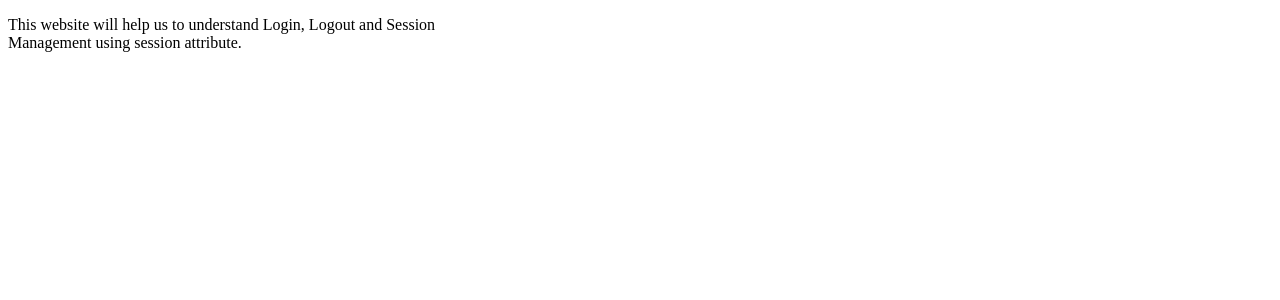
Repository: aman-1998/Full_Stack_Java_Development
Page: http://localhost/Fixing_forward_redirect_links_N21/about.jsp
These files come from the project's save history. The page is drawn as it stood at one moment and after the next save; the edit follows.
The browser window is 1280 px wide. The pictures show the whole page.
The page is served by Tomcat 9.

Above is the page before, as saved 2021-11-07 11:42:08.

After the next save:
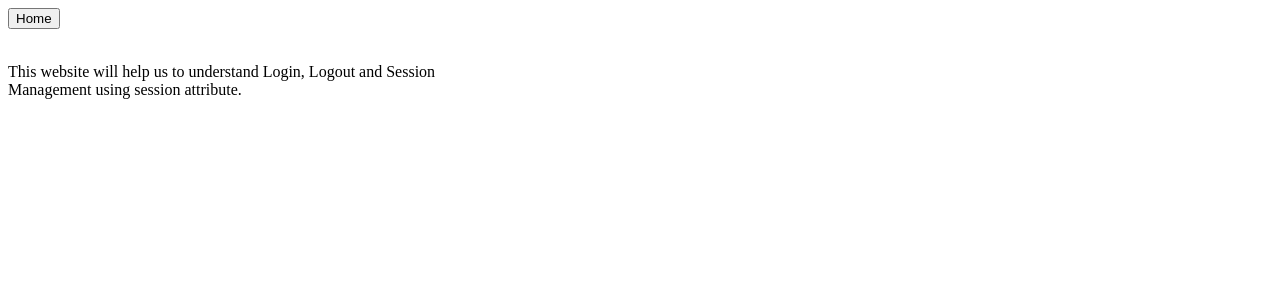
Saved 33 s later.
--- a/Fixing_forward_redirect_links_N21/WebContent/about.jsp
+++ b/Fixing_forward_redirect_links_N21/WebContent/about.jsp
@@ -7,6 +7,7 @@
 <title>About</title>
 </head>
 <body>
+<a href="<%= request.getContextPath() %>"/index.jsp><button>Home</button></a><br><br>
 <p>This website will help us to understand Login, Logout and Session<br>
 Management using session attribute.</p>
 </body>
